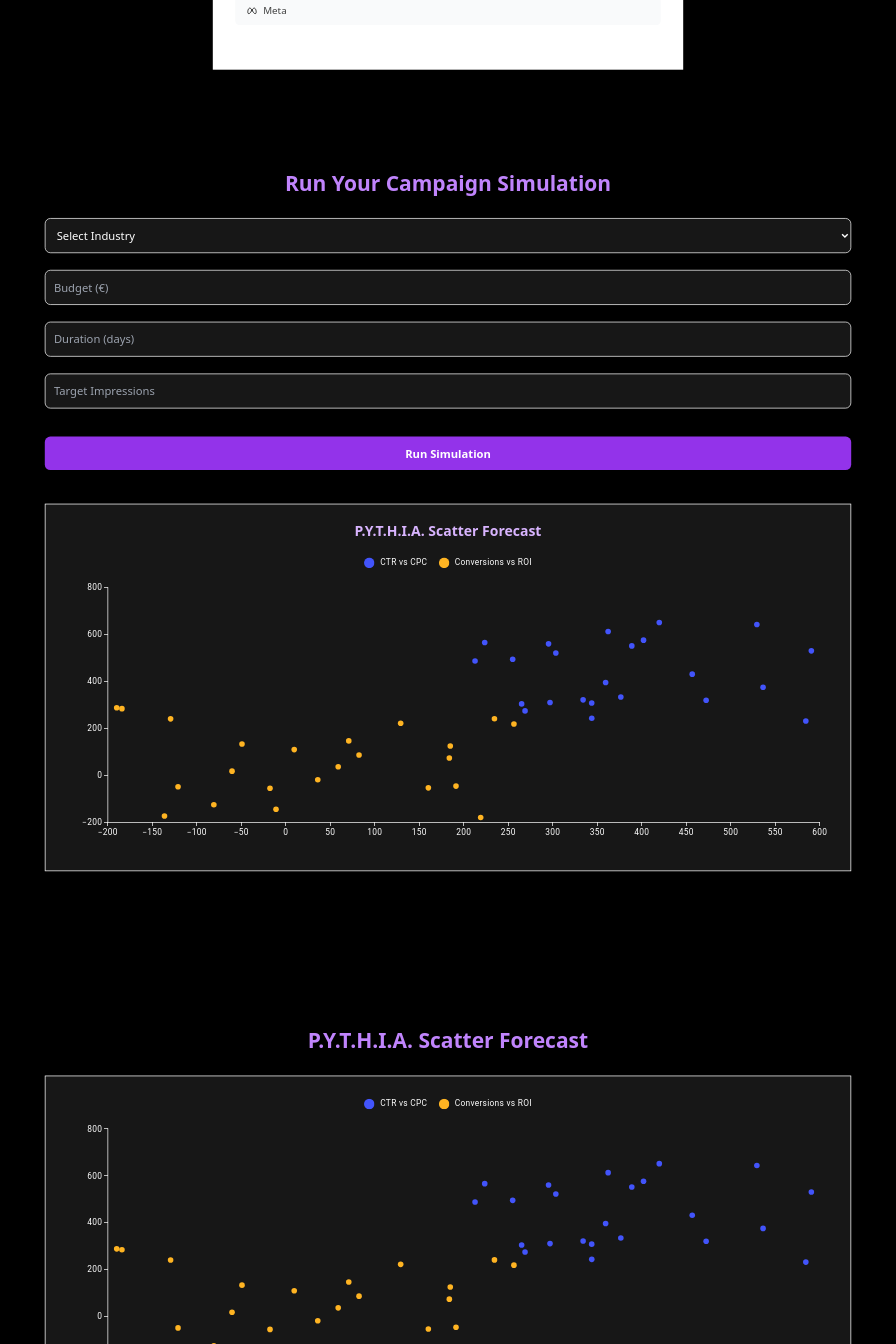
Repository: gaswiz/pythia-core
Page: / (app in frontend-v2/)
An editor plug-in stored every save of this project. The page is shown before and after the next save, followed by the edit.
The browser window is 1280 px wide. The pictures show the part of the page from y = 2591 to 4511 px (the page is 4689 px tall before and 3464 px after), at 70% of full size.
Some web libraries are served in a nearby version. The project was rebuilt for these pictures with package versions that can differ from the ones it lists, and the page was loaded fresh each time. Also part of the build but not shown: frontend-v2/vite.config.js.

Above is the page before, as saved 2025-05-28 11:26:32.

### frontend-v2/index.html
<!DOCTYPE html>
<html lang="en">
  <head>
    <meta charset="UTF-8" />
    <meta name="viewport" content="width=device-width, initial-scale=1.0" />
    <title>P.Y.T.H.I.A.</title>
    <script src="https://cdn.tailwindcss.com"></script>
  </head>
  <body class="bg-gray-50 font-sans">
    <div id="root"></div>
    <script type="module" src="/src/main.jsx"></script>
  </body>
</html>

### frontend-v2/src/main.jsx
/*
  File: /src/main.jsx
  Description: Entry point that renders the main App component for P.Y.T.H.I.A.
*/

import React from 'react';
import ReactDOM from 'react-dom/client';
import App from './App.jsx';
import './index.css';

ReactDOM.createRoot(document.getElementById('root')).render(
  <React.StrictMode>
    <App />
  </React.StrictMode>
);

### frontend-v2/src/App.jsx
import React from "react";
import HeroSectionOne from "./components/ui/hero-section-demo-1";
import FileUploadDemo from "./components/ui/file-upload-demo";
import CampaignSimulationForm from "./components/ui/CampaignSimulationForm";
import Simulation from "./components/Simulation";
import ScatterDataset from "./components/ScatterDataset";

function App() {
  return (
    <div className="min-h-screen bg-black text-white space-y-16">
      <HeroSectionOne />
      <FileUploadDemo />
      <CampaignSimulationForm /> {/* new UI form */}
      <Simulation /> {/* keep this for fallback or backend connection */}
      <ScatterDataset />
    </div>
  );
}

export default App;

### frontend-v2/src/index.css
/*
  File: /src/index.css
  Description: Tailwind base with dark theme default background
*/

@tailwind base;
@tailwind components;
@tailwind utilities;

/* Ensure full background black */
html, body {
  background-color: #000;
  color: white;
  min-height: 100%;
  margin: 0;
  padding: 0;
}


img {
  object-fit: contain;
  width: 64px;
  height: 64px;
  border-radius: 0.75rem;
  transition: transform 0.2s ease;
}

img:hover {
  transform: scale(1.1);
}

input, button, select, textarea {
  color: black;
  background-color: white;
  border-radius: 0.5rem;
  padding: 0.5rem;
}

/* Ensure all MUI Chart text renders in white */
.MuiChartsAxis-tickLabel,
.MuiChartsAxis-label,
.MuiChartsLegend-series,
.MuiChartsTooltip-root {
  fill: white !important;
  color: white !important;
}

.MuiChartsAxis-line,
.MuiChartsAxis-tick {
  stroke: white !important;
}

### frontend-v2/src/components/ui/hero-section-demo-1.tsx
/*
  File: /src/components/ui/hero-section-demo-1.tsx
  Description: Hero updated with ML-focused slogan, real links, and modal image
*/

"use client";

import { motion } from "framer-motion";

export default function HeroSectionOne() {
  return (
    <div className="relative mx-auto my-10 flex max-w-7xl flex-col items-center justify-center">
      <Navbar />
      <div className="absolute inset-y-0 left-0 h-full w-px bg-neutral-200/80 dark:bg-neutral-800/80">
        <div className="absolute top-0 h-40 w-px bg-gradient-to-b from-transparent via-purple-500 to-transparent" />
      </div>
      <div className="absolute inset-y-0 right-0 h-full w-px bg-neutral-200/80 dark:bg-neutral-800/80">
        <div className="absolute h-40 w-px bg-gradient-to-b from-transparent via-purple-500 to-transparent" />
      </div>
      <div className="absolute inset-x-0 bottom-0 h-px w-full bg-neutral-200/80 dark:bg-neutral-800/80">
        <div className="absolute mx-auto h-px w-40 bg-gradient-to-r from-transparent via-purple-500 to-transparent" />
      </div>
      <div className="px-4 py-10 md:py-20">
        <h1 className="relative z-10 mx-auto max-w-4xl text-center text-2xl font-bold text-slate-100 md:text-4xl lg:text-7xl dark:text-slate-300">
          {"Machine Learning Intelligence. Real Campaign Foresight.".split(" ").map((word, index) => (
            <motion.span
              key={index}
              initial={{ opacity: 0, filter: "blur(4px)", y: 10 }}
              animate={{ opacity: 1, filter: "blur(0px)", y: 0 }}
              transition={{ duration: 0.3, delay: index * 0.1, ease: "easeInOut" }}
              className="mr-2 inline-block"
            >
              {word}
            </motion.span>
          ))}
        </h1>
        <motion.p
          initial={{ opacity: 0 }}
          animate={{ opacity: 1 }}
          transition={{ duration: 0.3, delay: 0.8 }}
          className="relative z-10 mx-auto max-w-xl py-4 text-center text-lg font-normal text-neutral-400"
        >
          P.Y.T.H.I.A. — Predict Your Trends, Harnessing Intelligent Analytics. A predictive analytics platform designed to optimize advertising ROI before campaign launch.
        </motion.p>
        <motion.div
          initial={{ opacity: 0 }}
          animate={{ opacity: 1 }}
          transition={{ duration: 0.3, delay: 1 }}
          className="relative z-10 mt-8 flex flex-wrap items-center justify-center gap-4"
        >
          <a
            href="https://github.com/gaswiz/pythia-core"
            target="_blank"
            rel="noopener noreferrer"
            className="w-60 transform rounded-lg bg-purple-600 px-6 py-2 font-medium text-white text-center transition-all duration-300 hover:-translate-y-0.5 hover:bg-purple-700"
          >
            Try the Simulator
          </a>
          <a
            href="https://github.com/gaswiz/pythia-core/blob/main/README.md"
            target="_blank"
            rel="noopener noreferrer"
            className="w-60 transform rounded-lg border border-gray-300 bg-white px-6 py-2 font-medium text-black text-center transition-all duration-300 hover:-translate-y-0.5 hover:bg-gray-100 dark:border-gray-700 dark:bg-black dark:text-white dark:hover:bg-gray-900"
          >
            Learn More
          </a>
        </motion.div>
        <motion.div
          initial={{ opacity: 0, y: 10 }}
          animate={{ opacity: 1, y: 0 }}
          transition={{ duration: 0.3, delay: 1.2 }}
          className="relative z-10 mt-20 rounded-3xl border border-neutral-200 bg-neutral-100 p-4 shadow-md dark:border-neutral-800 dark:bg-neutral-900"
        >
          <div className="w-full overflow-hidden rounded-xl border border-gray-300 dark:border-gray-700">
            <img
              src="/kostas.jpg"
              alt="P.Y.T.H.I.A. preview"
              className="aspect-[16/9] h-auto w-full object-cover"
              height={1000}
              width={1000}
            />
          </div>
        </motion.div>
      </div>
    </div>
  );
}

const Navbar = () => {
  return (
    <nav className="flex w-full items-center justify-between border-t border-b border-neutral-200 px-4 py-4 dark:border-neutral-800">
      <div className="flex items-center gap-2">
        <div className="size-7 rounded-full bg-gradient-to-br from-purple-500 to-pink-500" />
        <h1 className="text-base font-bold md:text-2xl">P.Y.T.H.I.A.</h1>
      </div>
      <a
        href="https://github.com/gaswiz/pythia-core"
        target="_blank"
        rel="noopener noreferrer"
        className="w-24 transform rounded-lg bg-purple-600 px-6 py-2 font-medium text-white text-center transition-all duration-300 hover:-translate-y-0.5 hover:bg-purple-700 md:w-32"
      >
        GitHub
      </a>
    </nav>
  );
};

### frontend-v2/src/components/ui/file-upload-demo.tsx
// File: src/components/ui/file-upload-demo.tsx

"use client";

import React, { useState } from "react";
import { FileUpload } from "./file-upload"; // ✅ only one correct import

export default function FileUploadDemo() {
  const [files, setFiles] = useState<File[]>([]);

  const handleFileUpload = (files: File[]) => {
    setFiles(files);
    console.log("Uploaded files:", files);
  };

  return (
    <div className="w-full max-w-4xl mx-auto min-h-96 border border-dashed bg-white dark:bg-black border-neutral-200 dark:border-neutral-800 rounded-lg">
      <FileUpload onChange={handleFileUpload} />
    </div>
  );
}

### frontend-v2/src/components/ui/CampaignSimulationForm.tsx
"use client";

import { Label } from "../../components/ui/label";
import { Input } from "../../components/ui/input";
import { cn } from "../../lib/utils";


import {
  IconBrandGoogle,
  IconBrandMeta,
} from "@tabler/icons-react";

export default function CampaignSimulationForm() {
  const handleSubmit = (e: React.FormEvent<HTMLFormElement>) => {
    e.preventDefault();
    console.log("Campaign simulation submitted");
  };

  return (
    <div className="shadow-input mx-auto w-full max-w-2xl rounded-none bg-white p-4 md:rounded-2xl md:p-8 dark:bg-black">
      <h2 className="text-xl font-bold text-neutral-800 dark:text-neutral-200">
        Run Your Campaign Simulation
      </h2>
      <p className="mt-2 max-w-sm text-sm text-neutral-600 dark:text-neutral-300">
        Enter your campaign details below to forecast CTR, CPC, ROI and more.
      </p>

      <form className="my-8" onSubmit={handleSubmit}>
        <div className="mb-4 flex flex-col space-y-2 md:flex-row md:space-y-0 md:space-x-2">
          <LabelInputContainer>
            <Label htmlFor="industry">Select Industry</Label>
            <Input id="industry" placeholder="e.g. Tech, Retail, Finance..." type="text" />
          </LabelInputContainer>
          <LabelInputContainer>
            <Label htmlFor="budget">Budget (&euro;)</Label>
            <Input id="budget" placeholder="e.g. 5000" type="number" />
          </LabelInputContainer>
        </div>

        <div className="mb-4 flex flex-col space-y-2 md:flex-row md:space-y-0 md:space-x-2">
          <LabelInputContainer>
            <Label htmlFor="duration">Duration (days)</Label>
            <Input id="duration" placeholder="e.g. 30" type="number" />
          </LabelInputContainer>
          <LabelInputContainer>
            <Label htmlFor="impressions">Target Impressions</Label>
            <Input id="impressions" placeholder="e.g. 100000" type="number" />
          </LabelInputContainer>
        </div>

        <button
          className="group/btn relative block h-10 w-full rounded-md bg-gradient-to-br from-black to-neutral-600 font-medium text-white shadow-[0px_1px_0px_0px_#ffffff40_inset,0px_-1px_0px_0px_#ffffff40_inset] dark:bg-zinc-800 dark:from-zinc-900 dark:to-zinc-900 dark:shadow-[0px_1px_0px_0px_#27272a_inset,0px_-1px_0px_0px_#27272a_inset]"
          type="submit"
        >
          Run Simulation &rarr;
          <BottomGradient />
        </button>

        <div className="my-8 h-[1px] w-full bg-gradient-to-r from-transparent via-neutral-300 to-transparent dark:via-neutral-700" />

        <div className="flex flex-col space-y-4">
          <button
            className="group/btn shadow-input relative flex h-10 w-full items-center justify-start space-x-2 rounded-md bg-gray-50 px-4 font-medium text-black dark:bg-zinc-900 dark:shadow-[0px_0px_1px_1px_#262626]"
            type="button"
          >
            <IconBrandGoogle className="h-4 w-4 text-neutral-800 dark:text-neutral-300" />
            <span className="text-sm text-neutral-700 dark:text-neutral-300">
              Google
            </span>
            <BottomGradient />
          </button>
          <button
            className="group/btn shadow-input relative flex h-10 w-full items-center justify-start space-x-2 rounded-md bg-gray-50 px-4 font-medium text-black dark:bg-zinc-900 dark:shadow-[0px_0px_1px_1px_#262626]"
            type="button"
          >
            <IconBrandMeta className="h-4 w-4 text-neutral-800 dark:text-neutral-300" />
            <span className="text-sm text-neutral-700 dark:text-neutral-300">
              Meta
            </span>
            <BottomGradient />
          </button>
        </div>
      </form>
    </div>
  );
}

const BottomGradient = () => (
  <>
    <span className="absolute inset-x-0 -bottom-px block h-px w-full bg-gradient-to-r from-transparent via-cyan-500 to-transparent opacity-0 transition duration-500 group-hover/btn:opacity-100" />
    <span className="absolute inset-x-10 -bottom-px mx-auto block h-px w-1/2 bg-gradient-to-r from-transparent via-indigo-500 to-transparent opacity-0 blur-sm transition duration-500 group-hover/btn:opacity-100" />
  </>
);

const LabelInputContainer = ({
  children,
  className,
}: {
  children: React.ReactNode;
  className?: string;
}) => {
  return (
    <div className={cn("flex w-full flex-col space-y-2", className)}>
      {children}
    </div>
  );
};

### frontend-v2/src/components/Simulation.jsx
import * as React from 'react';
import { ScatterChart } from '@mui/x-charts/ScatterChart';

const data = [
  { x1: 529.39, y1: 643.28, x2: 191.29, y2: -46.1, id: 'data-0' },
  { x1: 296.94, y1: 310.5, x2: -60.4, y2: 17.8, id: 'data-1' },
  { x1: 536.35, y1: 375.23, x2: 82.34, y2: 86.32, id: 'data-2' },
  { x1: 359.44, y1: 395.97, x2: 184.85, y2: 125.12, id: 'data-3' },
  { x1: 388.86, y1: 551.77, x2: -17.73, y2: -55.42, id: 'data-4' },
  { x1: 343.86, y1: 243.25, x2: 160.22, y2: -53.49, id: 'data-5' },
  { x1: 402.02, y1: 576.34, x2: 9.5, y2: 109.69, id: 'data-6' },
  { x1: 584.41, y1: 231.51, x2: 58.93, y2: 36.38, id: 'data-7' },
  { x1: 456.76, y1: 431.31, x2: -129.43, y2: 240.72, id: 'data-8' },
  { x1: 343.79, y1: 308.04, x2: 219.02, y2: -179.71, id: 'data-9' },
  { x1: 303.48, y1: 521.77, x2: -184.11, y2: 284.17, id: 'data-10' },
  { x1: 472.39, y1: 320.18, x2: -10.97, y2: -145.04, id: 'data-11' },
  { x1: 223.57, y1: 566.2, x2: 256.4, y2: 218.5, id: 'data-12' },
  { x1: 419.73, y1: 651.45, x2: 35.96, y2: -18.68, id: 'data-13' },
  { x1: 254.99, y1: 494.8, x2: 234.5, y2: 240.9, id: 'data-14' },
  { x1: 334.13, y1: 321.83, x2: 183.8, y2: 73.52, id: 'data-15' },
  { x1: 212.7, y1: 487.7, x2: 70.8, y2: 146.7, id: 'data-16' },
  { x1: 376.51, y1: 334.06, x2: -80.83, y2: -125.47, id: 'data-17' },
  { x1: 265.05, y1: 304.5, x2: -121.07, y2: -49.1, id: 'data-18' },
  { x1: 362.25, y1: 613.07, x2: -136.29, y2: -173.52, id: 'data-19' },
  { x1: 268.88, y1: 274.68, x2: -49.2, y2: 133.2, id: 'data-20' },
  { x1: 295.29, y1: 560.6, x2: 129.1, y2: 222, id: 'data-21' },
  { x1: 590.62, y1: 530.72, x2: -189.99, y2: 288.06, id: 'data-22' },
];

const industryOptions = [
  'Health & Wellness',
  'Fashionistas',
  'Outdoor Adventurers',
  'Foodies',
  'Tech Enthusiasts',
];

export default function Simulation() {
  return (
    <section className="w-full bg-black text-white py-20 px-4">
      <div className="max-w-6xl mx-auto">
        <h2 className="text-3xl font-bold text-center mb-8 text-purple-400">
          Run Your Campaign Simulation
        </h2>

        <form className="grid grid-cols-1 md:grid-cols-2 gap-6 mb-12">
          <select className="p-3 bg-neutral-900 border border-white text-white">
            <option value="">Select Industry</option>
            {industryOptions.map((option, idx) => (
              <option key={idx} value={option}>{option}</option>
            ))}
          </select>
          <input
            type="number"
            placeholder="Budget (€)"
            className="p-3 bg-neutral-900 border border-white text-white"
          />
          <input
            type="number"
            placeholder="Duration (days)"
            className="p-3 bg-neutral-900 border border-white text-white"
          />
          <input
            type="number"
            placeholder="Target Impressions"
            className="p-3 bg-neutral-900 border border-white text-white"
          />
          <button
            type="button"
            className="col-span-full mt-4 bg-purple-600 hover:bg-purple-700 text-white font-semibold py-3"
          >
            Run Simulation
          </button>
        </form>

        <div className="bg-neutral-900 border border-white p-6">
          <h3 className="text-xl font-semibold text-center text-purple-300 mb-4">
            P.Y.T.H.I.A. Scatter Forecast
          </h3>
          <ScatterChart
            height={400}
            dataset={data}
            series={[
              {
                label: 'CTR vs CPC',
                data: data.map((v) => ({ x: v.x1, y: v.y1, id: v.id })),
              },
              {
                label: 'Conversions vs ROI',
                data: data.map((v) => ({ x: v.x2, y: v.y2, id: v.id })),
              },
            ]}
          />
        </div>
      </div>
    </section>
  );
}

### frontend-v2/src/components/ScatterDataset.jsx
import * as React from 'react';
import { ScatterChart } from '@mui/x-charts/ScatterChart';

const data = [
  { x1: 529.39, y1: 643.28, x2: 191.29, y2: -46.1, id: 'data-0' },
  { x1: 296.94, y1: 310.5, x2: -60.4, y2: 17.8, id: 'data-1' },
  { x1: 536.35, y1: 375.23, x2: 82.34, y2: 86.32, id: 'data-2' },
  { x1: 359.44, y1: 395.97, x2: 184.85, y2: 125.12, id: 'data-3' },
  { x1: 388.86, y1: 551.77, x2: -17.73, y2: -55.42, id: 'data-4' },
  { x1: 343.86, y1: 243.25, x2: 160.22, y2: -53.49, id: 'data-5' },
  { x1: 402.02, y1: 576.34, x2: 9.5, y2: 109.69, id: 'data-6' },
  { x1: 584.41, y1: 231.51, x2: 58.93, y2: 36.38, id: 'data-7' },
  { x1: 456.76, y1: 431.31, x2: -129.43, y2: 240.72, id: 'data-8' },
  { x1: 343.79, y1: 308.04, x2: 219.02, y2: -179.71, id: 'data-9' },
  { x1: 303.48, y1: 521.77, x2: -184.11, y2: 284.17, id: 'data-10' },
  { x1: 472.39, y1: 320.18, x2: -10.97, y2: -145.04, id: 'data-11' },
  { x1: 223.57, y1: 566.2, x2: 256.4, y2: 218.5, id: 'data-12' },
  { x1: 419.73, y1: 651.45, x2: 35.96, y2: -18.68, id: 'data-13' },
  { x1: 254.99, y1: 494.8, x2: 234.5, y2: 240.9, id: 'data-14' },
  { x1: 334.13, y1: 321.83, x2: 183.8, y2: 73.52, id: 'data-15' },
  { x1: 212.7, y1: 487.7, x2: 70.8, y2: 146.7, id: 'data-16' },
  { x1: 376.51, y1: 334.06, x2: -80.83, y2: -125.47, id: 'data-17' },
  { x1: 265.05, y1: 304.5, x2: -121.07, y2: -49.1, id: 'data-18' },
  { x1: 362.25, y1: 613.07, x2: -136.29, y2: -173.52, id: 'data-19' },
  { x1: 268.88, y1: 274.68, x2: -49.2, y2: 133.2, id: 'data-20' },
  { x1: 295.29, y1: 560.6, x2: 129.1, y2: 222, id: 'data-21' },
  { x1: 590.62, y1: 530.72, x2: -189.99, y2: 288.06, id: 'data-22' },
];

export default function Simulation() {
  return (
    <section className="w-full bg-black text-white py-20 px-4">
      <div className="max-w-6xl mx-auto">
        <h2 className="text-3xl font-bold text-center mb-8 text-purple-400">
          P.Y.T.H.I.A. Scatter Forecast
        </h2>
        <div className="bg-neutral-900 border border-white p-6">
          <ScatterChart
            height={400}
            dataset={data}
            series={[
              {
                label: 'CTR vs CPC',
                data: data.map((v) => ({ x: v.x1, y: v.y1, id: v.id })),
              },
              {
                label: 'Conversions vs ROI',
                data: data.map((v) => ({ x: v.x2, y: v.y2, id: v.id })),
              },
            ]}
          />
        </div>
      </div>
    </section>
  );
}

### frontend-v2/src/components/ui/label.tsx
"use client";
import * as React from "react";
import * as LabelPrimitive from "@radix-ui/react-label";
import { cn } from "../../lib/utils";

const Label = React.forwardRef<
  React.ElementRef<typeof LabelPrimitive.Root>,
  React.ComponentPropsWithoutRef<typeof LabelPrimitive.Root>
>(({ className, ...props }, ref) => (
  <LabelPrimitive.Root
    ref={ref}
    className={cn(
      "text-sm font-medium text-black dark:text-white leading-none peer-disabled:cursor-not-allowed peer-disabled:opacity-70",
      className
    )}
    {...props}
  />
));

Label.displayName = LabelPrimitive.Root.displayName;

export { Label };

### frontend-v2/src/components/ui/input.tsx
"use client";
import * as React from "react";
import { cn } from "../../lib/utils";

import { useMotionTemplate, useMotionValue, motion } from "framer-motion";

export interface InputProps extends React.InputHTMLAttributes<HTMLInputElement> {}

const Input = React.forwardRef<HTMLInputElement, InputProps>(({ className, type, ...props }, ref) => {
  const radius = 100;
  const [visible, setVisible] = React.useState(false);
  let mouseX = useMotionValue(0);
  let mouseY = useMotionValue(0);

  function handleMouseMove({ currentTarget, clientX, clientY }: any) {
    let { left, top } = currentTarget.getBoundingClientRect();
    mouseX.set(clientX - left);
    mouseY.set(clientY - top);
  }

  return (
    <motion.div
      style={{
        background: useMotionTemplate`
          radial-gradient(
            ${visible ? radius + "px" : "0px"} circle at ${mouseX}px ${mouseY}px,
            #3b82f6,
            transparent 80%
          )`
      }}
      onMouseMove={handleMouseMove}
      onMouseEnter={() => setVisible(true)}
      onMouseLeave={() => setVisible(false)}
      className="group/input rounded-lg p-[2px] transition duration-300"
    >
      <input
        type={type}
        className={cn(
          "shadow-input dark:placeholder-text-neutral-600 flex h-10 w-full rounded-md border-none bg-gray-50 px-3 py-2 text-sm text-black transition duration-400 group-hover/input:shadow-none file:border-0 file:bg-transparent file:text-sm file:font-medium placeholder:text-neutral-400 focus-visible:ring-[2px] focus-visible:ring-neutral-400 focus-visible:outline-none disabled:cursor-not-allowed disabled:opacity-50 dark:bg-zinc-800 dark:text-white dark:shadow-[0px_0px_1px_1px_#404040] dark:focus-visible:ring-neutral-600",
          className
        )}
        ref={ref}
        {...props}
      />
    </motion.div>
  );
});

Input.displayName = "Input";

export { Input };

### frontend-v2/src/lib/utils.ts
export function cn(...classes: (string | false | null | undefined)[]): string {
  return classes.filter(Boolean).join(" ");
}

Loaded but not shown: frontend-v2/src/components/ui/file-upload.tsx (132 lines, source omitted)

After the next save:
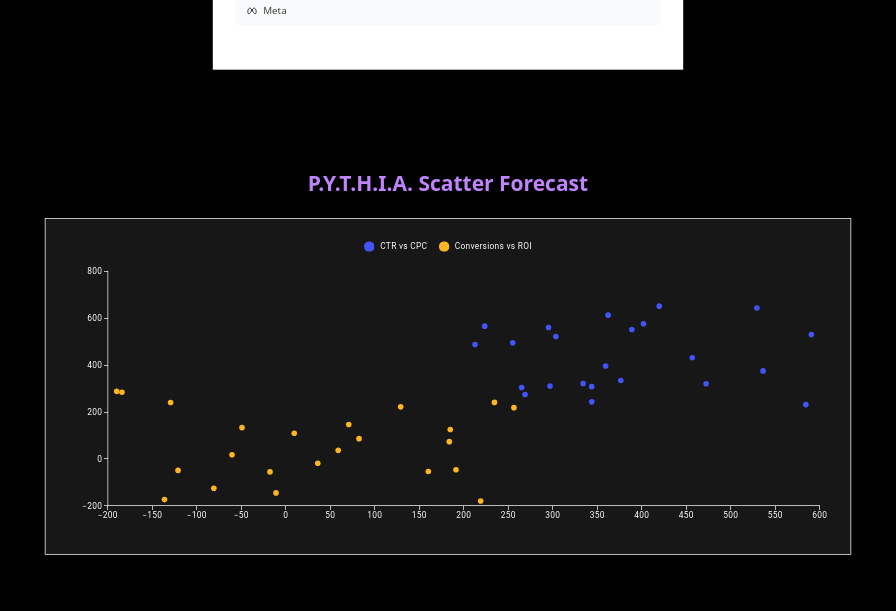
Saved 78 s later.
--- a/frontend-v2/src/App.jsx
+++ b/frontend-v2/src/App.jsx
@@ -11,7 +11,7 @@
       <HeroSectionOne />
       <FileUploadDemo />
       <CampaignSimulationForm /> {/* new UI form */}
-      <Simulation /> {/* keep this for fallback or backend connection */}
+      {/* <Simulation /> keep this for fallback or backend connection */}
       <ScatterDataset />
     </div>
   );
